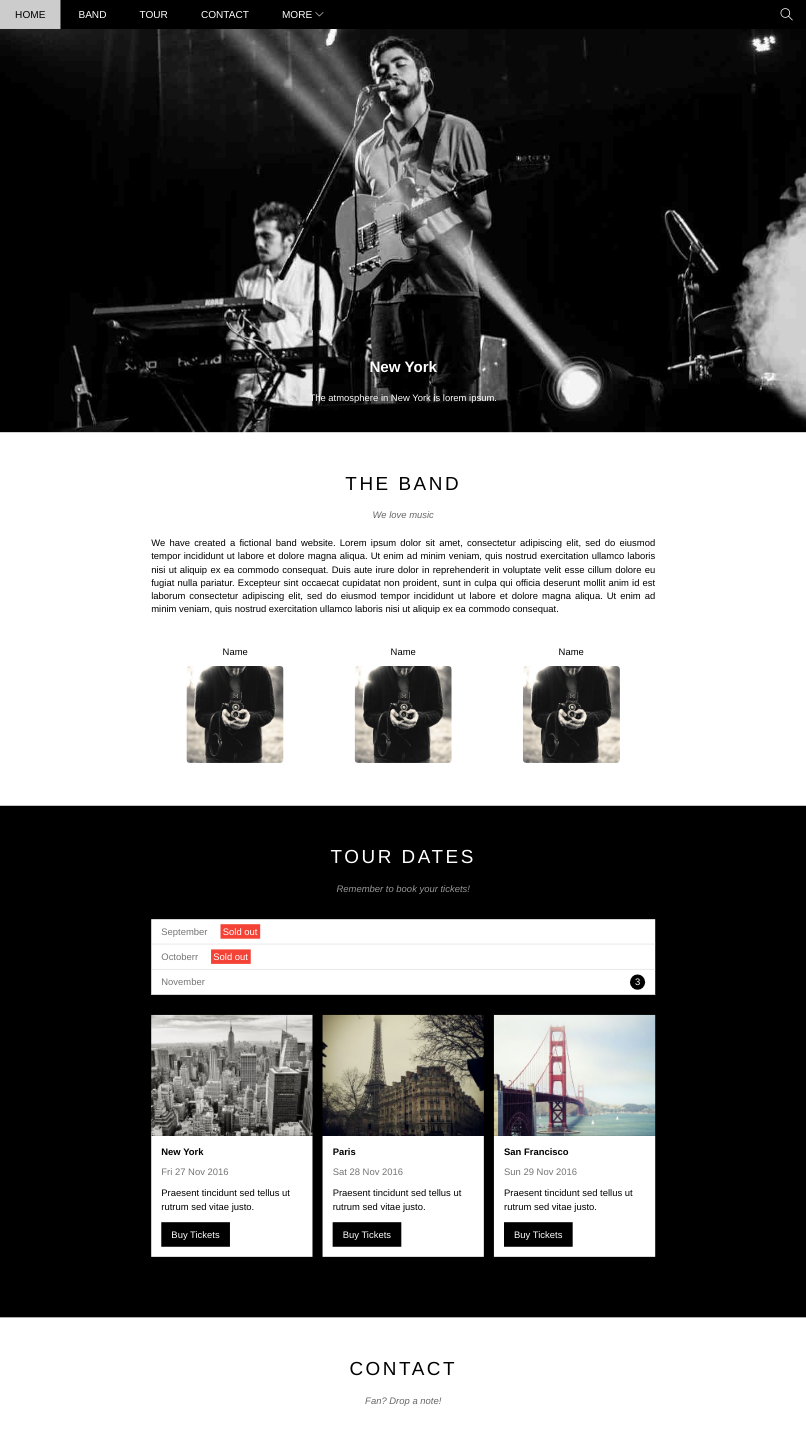
Repository: vophuocthanh/phuocthanhk03
Page: index.html
An editor plug-in stored every save of this project. The page is shown before and after the next save, followed by the edit.
The browser window is 1280 px wide. The pictures show the whole page, at 63% of full size.

Above is the page before, as saved 2022-03-25 21:15:18.

### index.html
<!DOCTYPE html>
<html lang="en">

<head>
    <meta charset="UTF-8" />
    <meta http-equiv="X-UA-Compatible" content="IE=edge" />
    <meta name="viewport" content="width=device-width, initial-scale=1.0" />
    <title>Document</title>
    <link rel="stylesheet" href="./asset/css/style.css" />
    <link rel="stylesheet" href="/asset/icon/themify-icons/themify-icons.css">
</head>

<body>
    <div id="main">
        <div id="header">
            <!-- Begin : nav -->
            <ul id="nav">
                <li><a href="">Home<a></li>
                <li><a href="">Band</a></li>
                <li><a href="">Tour</a></li>
                <li><a href="">Contact</a></li>
                <li>
                    <a href="">
                        More
                        <i class="nav-arrow-down ti-angle-down"></i>
                    </a>
                    <ul class="subnav">
                        <li><a href="">Merchandise</a></li>
                        <li><a href="">Extras</a></li>
                        <li><a href="">Media</a></li>
                    </ul>
                </li>
            </ul>
            <!-- End: nav -->

            <!-- Begin: Search -->
            <div class="search-btn">
                <i class="search-icon ti-search"></i>
            </div>
            <!-- End: Search -->
        </div>

        <div id="slider">
            <div class="text-content">
                <h2 class="text-heading">New York</h2>
                <div class="text-description">The atmosphere in New York is lorem ipsum.</div>
            </div>
        </div>

        <div id="content">
            <!-- About section -->
            <div class="content-section">
                <h2 class="section-heading">THE BAND</h2>
                <p class="section-sub-heading">We love music</p>
                <p class="about-text">We have created a fictional band website. Lorem ipsum dolor sit amet, consectetur adipiscing elit, sed do eiusmod tempor incididunt ut labore et dolore magna aliqua. Ut enim ad minim veniam, quis nostrud exercitation ullamco laboris nisi
                    ut aliquip ex ea commodo consequat. Duis aute irure dolor in reprehenderit in voluptate velit esse cillum dolore eu fugiat nulla pariatur. Excepteur sint occaecat cupidatat non proident, sunt in culpa qui officia deserunt mollit anim
                    id est laborum consectetur adipiscing elit, sed do eiusmod tempor incididunt ut labore et dolore magna aliqua. Ut enim ad minim veniam, quis nostrud exercitation ullamco laboris nisi ut aliquip ex ea commodo consequat.</p>

                <div class="members-list">
                    <div class="member-item">
                        <p class="member-name">Name</p>
                        <img src="./asset/img/band/member1.jpg" alt="Name" class="member-img">
                    </div>

                    <div class="member-item">
                        <p class="member-name">Name</p>
                        <img src="./asset/img/band/member1.jpg" alt="Name" class="member-img">
                    </div>

                    <div class="member-item">
                        <p class="member-name">Name</p>
                        <img src="./asset/img/band/member1.jpg" alt="Name" class="member-img">
                    </div>
                    <div class="clear"></div>
                </div>
            </div>




            <!-- Tour section -->
            <div class="tour-section">
                <div class="content-section">
                    <h2 class="section-heading
                    text-white">TOUR DATES</h2>
                    <p class="section-sub-heading text-white">Remember to book your tickets!</p>

                    <!-- ticket -->

                    <ul class="ticket-list">
                        <li>September <span class="sold-out">Sold out</span></li>
                        <li>Octoberr <span class="sold-out">Sold out</span></li>
                        <li>November <span class="quantily">3</span></li>
                    </ul>

                    <!-- Places -->
                    <div class="place-list">
                        <div class="place-item">
                            <img src="./asset/img/places/place1.jpg" alt="New York" class="place-img">
                            <div class="place-body">
                                <h3 class="place-heading">New York</h3>
                                <p class="place-time">Fri 27 Nov 2016</p>
                                <p class="place-desc">Praesent tincidunt sed tellus ut rutrum sed vitae justo.</p>
                                <a href="#" class="place-buy-btn">Buy Tickets</a>
                            </div>
                        </div>
                        <div class="place-item">
                            <img src="./asset/img/places/place2.jpg" alt="New York" class="place-img">
                            <div class="place-body">
                                <h3 class="place-heading">Paris</h3>
                                <p class="place-time">Sat 28 Nov 2016</p>
                                <p class="place-desc">Praesent tincidunt sed tellus ut rutrum sed vitae justo.</p>
                                <a href="#" class="place-buy-btn">Buy Tickets</a>
                            </div>
                        </div>
                        <div class="place-item">
                            <img src="./asset/img/places/palce3.jpg" alt="New York" class="place-img">
                            <div class="place-body">
                                <h3 class="place-heading">San Francisco</h3>
                                <p class="place-time">Sun 29 Nov 2016</p>
                                <p class="place-desc">Praesent tincidunt sed tellus ut rutrum sed vitae justo.</p>
                                <a href="#" class="place-buy-btn">Buy Tickets</a>
                            </div>
                        </div>
                        <div class="clear"></div>
                    </div>
                </div>

            </div>
            <!-- Contact section -->
            <div class="content-section">
                <h2 class="section-heading">CONTACT</h2>
                <p class="section-sub-heading">Fan? Drop a note!</p>
            </div>

            <div id="footer">

            </div>

        </div>
</body>

</html>

### asset/css/style.css
/*Reset*/

* {
    padding: 0;
    margin: 0;
    box-sizing: border-box;
}

html {
    font-family: Helvetica, Arial, sans-serif;
}


/*
 1. Từ ngoài vào trong
 2. Trên xuống dưới
 3. Từ tổng quan đến chi tiết

*/


/*
1. Vị Trí
2. Màu Sắc
3. Kích Thước
4.Kiểu Dáng */

.clear {
    clear: both;
}

.text-white {
    color: #fff !important;
}

#main {}

#header {
    height: 46px;
    background-color: #000;
    position: fixed;
    top: 0;
    left: 0;
    right: 0;
    z-index: 1;
}

#nav {
    display: inline-block;
}

.subnav {
    list-style-type: none;
}

#nav>li {
    display: inline-block;
}

#nav li {
    position: relative;
}

#nav>li>a {
    color: #fff;
    text-transform: uppercase;
}

#nav li a {
    color: #fff;
    text-decoration: none;
    line-height: 46px;
    padding: 0 24px;
    display: block;
}

#nav li:hover .subnav {
    display: block;
}

#nav>li:hover>a,
#nav .subnav li:hover {
    color: #000;
    background-color: #ccc;
}

#nav .subnav {
    display: none;
    position: absolute;
    top: 100%;
    left: 0;
    min-width: 160px;
    background-color: #fff;
    box-shadow: 0 0 10px rgba(0, 0, 0, 0.3);
}

#nav .subnav a {
    color: #000;
    padding: 0 12px;
}

#nav .nav-arrow-down {
    font-size: 14px;
}

#header .search-btn {
    float: right;
    padding: 0 21px;
    cursor: pointer;
}

#header .search-btn:hover {
    background-color: #f44336;
}

#header .search-icon {
    color: #fff;
    font-size: 20px;
    line-height: 46px;
}

#slider {
    position: relative;
    margin-top: 46px;
    padding-top: 50%;
    background: url("/asset/img/slider/slider1.jpg") top center / cover no-repeat;
}

#slider .text-content {
    position: absolute;
    bottom: 47px;
    color: #fff;
    left: 50%;
    transform: translate(-50%);
    text-align: center;
}

#slider .text-headin {
    font-weight: 500;
    font-size: 24px;
}

#slider .text-description {
    font-size: 15px;
    margin-top: 25px;
}

#content {}

#content .content-section {
    width: 800px;
    padding: 64px 0;
    margin-left: auto;
    margin-right: auto;
}

#content .section-heading {
    font-size: 30px;
    font-weight: 500;
    text-align: center;
    letter-spacing: 4px;
}

#content .section-sub-heading {
    font-size: 15px;
    text-align: center;
    margin-top: 25px;
    font-style: italic;
    opacity: 0.6;
}

#content .about-text {
    font-size: 15px;
    margin-top: 25px;
    text-align: justify;
    line-height: 1.4;
}

#content .members-list {
    margin-top: 48px;
}

#content .member-item {
    float: left;
    width: 33.3333%;
    text-align: center;
}

#content .member-name {
    font-size: 15px;
}

#content .member-img {
    width: 154px;
    margin-top: 15px;
    border-radius: 4%;
}


/* Tour-section */

.tour-section {
    background-color: #000;
}

.ticket-list {
    background-color: #fff;
    list-style: none;
    margin-top: 40px;
}

.ticket-list li {
    color: #757575;
    font-size: 15px;
    padding: 11px 16px;
    border-bottom: 1px solid #ddd;
}

.ticket-list .sold-out {
    background-color: #f44336;
    color: #fff;
    padding: 3px 4px;
    margin-left: 16px;
}

.ticket-list .quantily {
    float: right;
    width: 24px;
    height: 24px;
    background-color: #000;
    color: #fff;
    border-radius: 50%;
    text-align: center;
    line-height: 24px;
    margin-top: -3px;
}


/* Places */

.place-list {
    margin: 32px -8px 0;
    padding-bottom: 32px;
}

.place-item {
    float: left;
    width: 33.33333%;
    padding: 0 8px;
}

.place-img {
    width: 100%;
    display: block;
}

.place-img:hover {
    opacity: 0.6;
}

.place-body {
    padding: 16px;
    font-size: 15px;
    background-color: #fff;
}

.place-heading {
    font-size: 15px;
    font-weight: 600;
}

.place-time {
    margin-top: 15px;
    color: #757575;
}

.place-desc {
    margin-top: 15px;
    line-height: 1.4;
}

.place-buy-btn {
    background-color: #000;
    color: #fff;
    text-decoration: none;
    padding: 11px 16px;
    display: inline-block;
    margin-top: 15px;
}

.place-buy-btn:hover {
    color: #000;
    background-color: #ccc;
}


/* Foote section */

#foote {}

Loaded but not shown: asset/icon/themify-icons/themify-icons.css (common file)

After the next save:
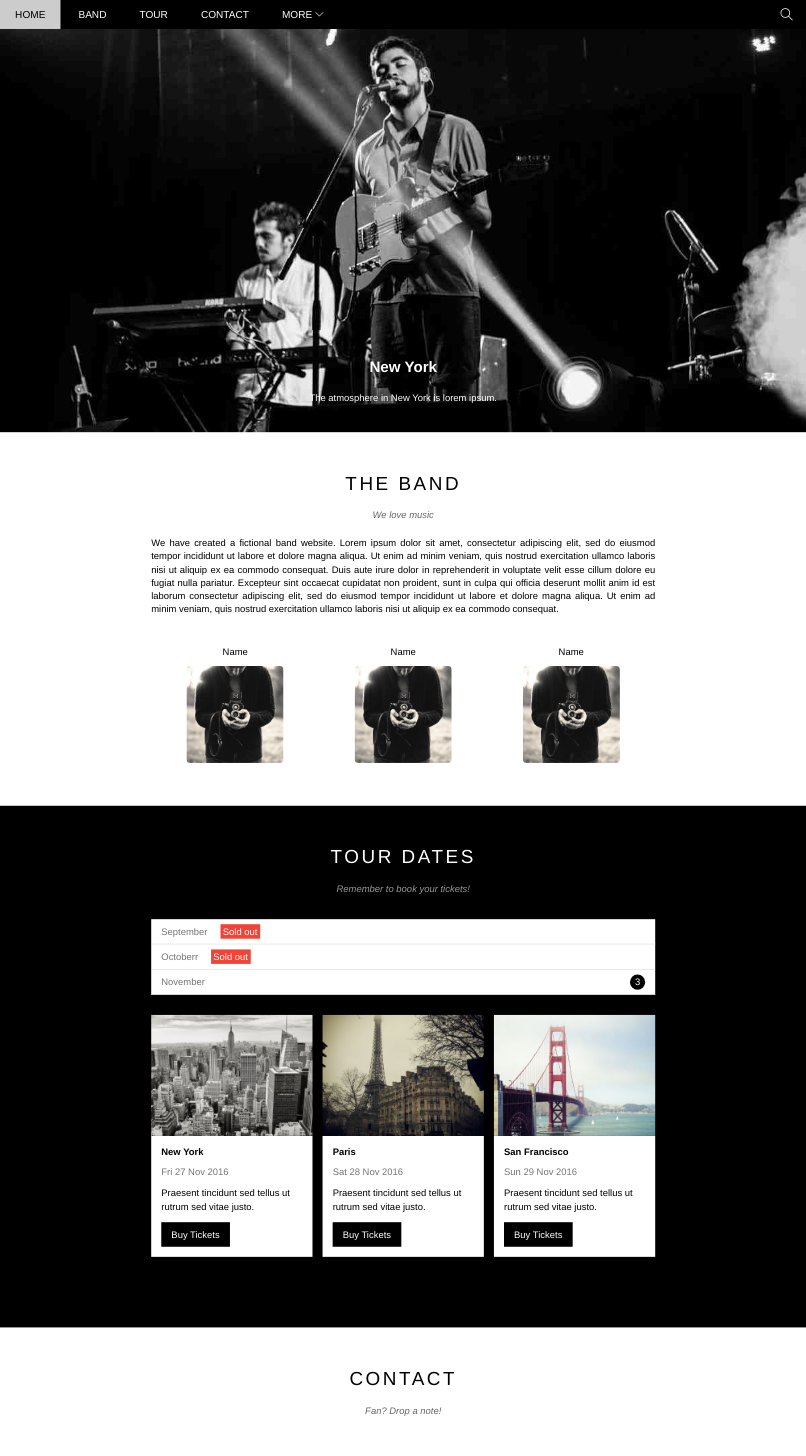
Saved 42 s later.
--- a/asset/css/style.css
+++ b/asset/css/style.css
@@ -240,7 +240,7 @@ html {
 
 .place-list {
     margin: 32px -8px 0;
-    padding-bottom: 32px;
+    padding-bottom: 48px;
 }
 
 .place-item {
